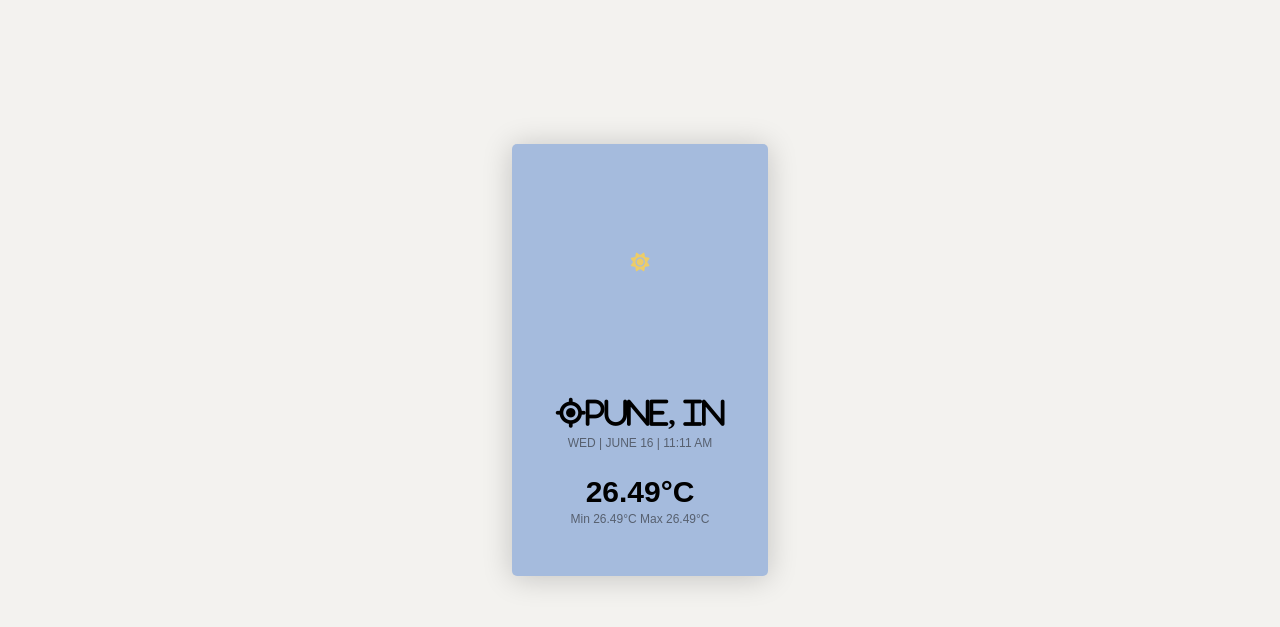
Repository: HimanshuBisht1007/WeatherNodeJs
Page: home.html
An editor plug-in stored every save of this project. The page is shown before and after the next save, followed by the edit.
The browser window is 1280 px wide. The pictures show the whole page.
Some web libraries are served in a nearby version.

Above is the page before, as saved 2022-06-16 11:32:58.

After the next save:
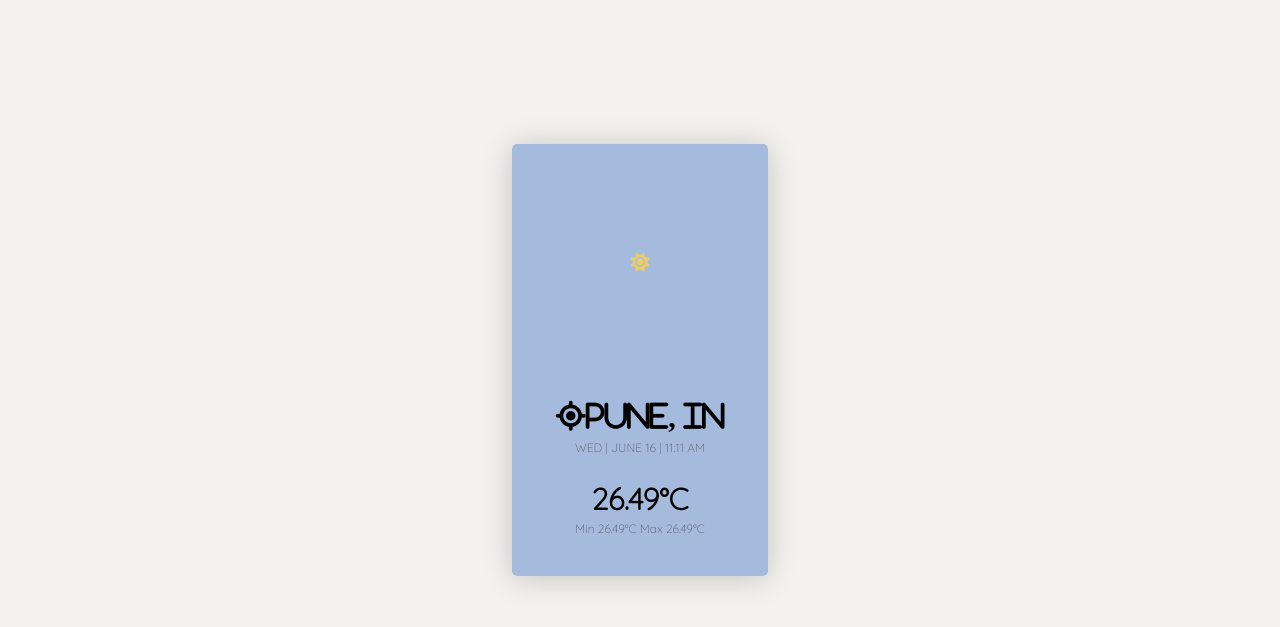
Saved 3 min 7 s later.
--- a/home.html
+++ b/home.html
@@ -6,6 +6,9 @@
     <meta name="viewport" content="width=device-width, initial-scale=1.0">
     <title>Weather App</title>
     <link rel="stylesheet" href="https://cdnjs.cloudflare.com/ajax/libs/font-awesome/6.1.1/css/all.min.css" integrity="sha512-KfkfwYDsLkIlwQp6LFnl8zNdLGxu9YAA1QvwINks4PhcElQSvqcyVLLD9aMhXd13uQjoXtEKNosOWaZqXgel0g==" crossorigin="anonymous" referrerpolicy="no-referrer" />
+    <link rel="preconnect" href="https://fonts.googleapis.com">
+<link rel="preconnect" href="https://fonts.gstatic.com" crossorigin>
+<link href="https://fonts.googleapis.com/css2?family=Quicksand:wght@300&display=swap" rel="stylesheet">
     <link rel="stylesheet" href="./style.css">
 </head>
 <body>
